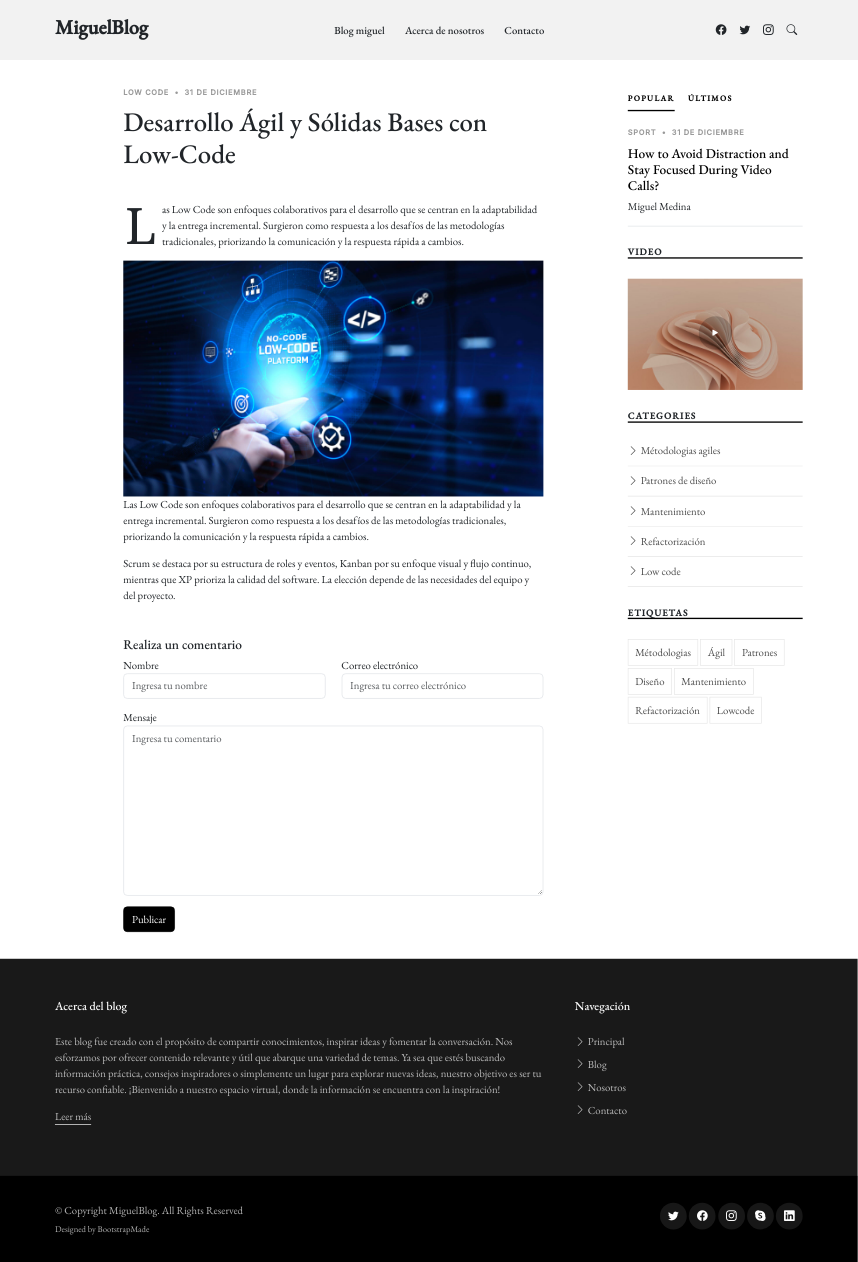
Repository: MiguelDev5/blog-miguel
Page: post-lc.html
These files come from the project's save history. The page is drawn as it stood at one moment and after the next save; the edit follows.
The browser window is 1280 px wide. The pictures show the whole page, at 67% of full size.
Some web fonts or font styles are not loaded; a fallback is used.

Above is the page before, as saved 2024-01-01 21:04:35.

### post-lc.html
<!DOCTYPE html>
<html lang="en">

<head>
  <meta charset="utf-8">
  <meta content="width=device-width, initial-scale=1.0" name="viewport">

  <title>MiguelBlog Bootstrap Template - Single Post</title>
  <meta content="" name="description">
  <meta content="" name="keywords">

  <!-- Favicons -->
  <link href="assets/img/favicon.png" rel="icon">
  <link href="assets/img/apple-touch-icon.png" rel="apple-touch-icon">

  <!-- Google Fonts -->
  <link rel="preconnect" href="https://fonts.googleapis.com">
  <link rel="preconnect" href="https://fonts.gstatic.com" crossorigin>
  <link href="https://fonts.googleapis.com/css2?family=EB+Garamond:wght@400;500&family=Inter:wght@400;500&family=Playfair+Display:ital,wght@0,400;0,700;1,400;1,700&display=swap" rel="stylesheet">

  <!-- Vendor CSS Files -->
  <link href="assets/vendor/bootstrap/css/bootstrap.min.css" rel="stylesheet">
  <link href="assets/vendor/bootstrap-icons/bootstrap-icons.css" rel="stylesheet">
  <link href="assets/vendor/swiper/swiper-bundle.min.css" rel="stylesheet">
  <link href="assets/vendor/glightbox/css/glightbox.min.css" rel="stylesheet">
  <link href="assets/vendor/aos/aos.css" rel="stylesheet">

  <!-- Template Main CSS Files -->
  <link href="assets/css/variables.css" rel="stylesheet">
  <link href="assets/css/main.css" rel="stylesheet">

  <!-- =======================================================
  * Template Name: MiguelBlog
  * Updated: Sep 18 2023 with Bootstrap v5.3.2
  * Template URL: https://bootstrapmade.com/miguelBlog-bootstrap-blog-template/
  * Author: BootstrapMade.com
  * License: https:///bootstrapmade.com/license/
  ======================================================== -->
</head>

<body>

  <!-- ======= Header ======= -->
  <header id="header" class="header d-flex align-items-center fixed-top">
    <div class="container-fluid container-xl d-flex align-items-center justify-content-between">

      <a href="index.html" class="logo d-flex align-items-center">
        <!-- Uncomment the line below if you also wish to use an image logo -->
        <!-- <img src="assets/img/logo.png" alt=""> -->
        <h1>MiguelBlog</h1>
      </a>

      <nav id="navbar" class="navbar">
        <ul>
          <li><a href="index.html">Blog miguel</a></li>
          <li><a href="about.html">Acerca de nosotros</a></li>
          <li><a href="contact.html">Contacto</a></li>
        </ul>
      </nav><!-- .navbar -->

      <div class="position-relative">
        <a href="#" class="mx-2"><span class="bi-facebook"></span></a>
        <a href="#" class="mx-2"><span class="bi-twitter"></span></a>
        <a href="#" class="mx-2"><span class="bi-instagram"></span></a>

        <a href="#" class="mx-2 js-search-open"><span class="bi-search"></span></a>
        <i class="bi bi-list mobile-nav-toggle"></i>

        <!-- ======= Search Form ======= -->
        <div class="search-form-wrap js-search-form-wrap">
          <form action="search-result.html" class="search-form">
            <span class="icon bi-search"></span>
            <input type="text" placeholder="Search" class="form-control">
            <button class="btn js-search-close"><span class="bi-x"></span></button>
          </form>
        </div><!-- End Search Form -->

      </div>

    </div>

  </header><!-- End Header -->

  <main id="main">

    <section class="single-post-content">
      <div class="container">
        <div class="row">
          <div class="col-md-9 post-content" data-aos="fade-up">

            <!-- ======= Single Post Content ======= -->
            <div class="single-post">
              <div class="post-meta"><span class="date">Low Code</span> <span class="mx-1">&bullet;</span> <span>31 de Diciembre</span></div>
              <h1 class="mb-5">Desarrollo Ágil y Sólidas Bases con Low-Code</h1>
              <p><span class="firstcharacter">L</span>as Low Code son enfoques colaborativos para el desarrollo que se centran en la adaptabilidad y la entrega incremental. Surgieron como respuesta a los desafíos de las metodologías tradicionales, priorizando la comunicación y la respuesta rápida a cambios.</p>
              <div class="col-md-9"></div>
                  <img src="assets/img/lc001.jpg" alt="" class="img-fluid" style="width: 200;">
              </div>

              <p>Las Low Code son enfoques colaborativos para el desarrollo que se centran en la adaptabilidad y la entrega incremental. Surgieron como respuesta a los desafíos de las metodologías tradicionales, priorizando la comunicación y la respuesta rápida a cambios.</p>
              <p>Scrum se destaca por su estructura de roles y eventos, Kanban por su enfoque visual y flujo continuo, mientras que XP prioriza la calidad del software. La elección depende de las necesidades del equipo y del proyecto.</p>

            <!-- ======= Comments Form ======= -->
            <div class="row justify-content-center mt-5">

              <div class="col-lg-12">
                <h5 class="comment-title">Realiza un comentario</h5>
                <div class="row">
                  <div class="col-lg-6 mb-3">
                    <label for="comment-name">Nombre</label>
                    <input type="text" class="form-control" id="comment-name" placeholder="Ingresa tu nombre">
                  </div>
                  <div class="col-lg-6 mb-3">
                    <label for="comment-email">Correo electrónico</label>
                    <input type="text" class="form-control" id="comment-email" placeholder="Ingresa tu correo electrónico">
                  </div>
                  <div class="col-12 mb-3">
                    <label for="comment-message">Mensaje</label>

                    <textarea class="form-control" id="comment-message" placeholder="Ingresa tu comentario" cols="30" rows="10"></textarea>
                  </div>
                  <div class="col-12">
                    <input type="submit" class="btn btn-primary" value="Publicar">
                  </div>
                </div>
              </div>
            </div><!-- End Comments Form -->

          </div>
          <div class="col-md-3">
            <!-- ======= Sidebar ======= -->
            <div class="aside-block">

              <ul class="nav nav-pills custom-tab-nav mb-4" id="pills-tab" role="tablist">
                <li class="nav-item" role="presentation">
                  <button class="nav-link active" id="pills-popular-tab" data-bs-toggle="pill" data-bs-target="#pills-popular" type="button" role="tab" aria-controls="pills-popular" aria-selected="true">Popular</button>
                </li>
                <li class="nav-item" role="presentation">
                  <button class="nav-link" id="pills-latest-tab" data-bs-toggle="pill" data-bs-target="#pills-latest" type="button" role="tab" aria-controls="pills-latest" aria-selected="false">Últimos</button>
                </li>
              </ul>

              <div class="tab-content" id="pills-tabContent">

                <!-- Popular -->
                <div class="tab-pane fade show active" id="pills-popular" role="tabpanel" aria-labelledby="pills-popular-tab">
                  <div class="post-entry-1 border-bottom">
                    <div class="post-meta"><span class="date">Sport</span> <span class="mx-1">&bullet;</span> <span>31 de Diciembre</span></div>
                    <h2 class="mb-2"><a href="#">How to Avoid Distraction and Stay Focused During Video Calls?</a></h2>
                    <span class="author mb-3 d-block">Miguel Medina</span>
                  </div>


                </div> <!-- End Popular -->



                <!-- Latest -->
                <div class="tab-pane fade" id="pills-latest" role="tabpanel" aria-labelledby="pills-latest-tab">
                  <div class="post-entry-1 border-bottom">
                    <div class="post-meta"><span class="date">Lifestyle</span> <span class="mx-1">&bullet;</span> <span>31 de Diciembre</span></div>
                    <h2 class="mb-2"><a href="#">Life Insurance And Pregnancy: A Working Mom’s Guide</a></h2>
                    <span class="author mb-3 d-block">Miguel Medina</span>
                  </div>



                </div> <!-- End Latest -->

              </div>
            </div>

            <div class="aside-block">
              <h3 class="aside-title">Video</h3>
              <div class="video-post">
                <a href="https://www.youtube.com/watch?v=AiFfDjmd0jU" class="glightbox link-video">
                  <span class="bi-play-fill"></span>
                  <img src="assets/img/post-landscape-5.jpg" alt="" class="img-fluid">
                </a>
              </div>
            </div><!-- End Video -->

            <div class="aside-block">
              <h3 class="aside-title">Categories</h3>
              <ul class="aside-links list-unstyled">
                <li><a href="category.html"><i class="bi bi-chevron-right"></i> Métodologias agiles</a></li>
                <li><a href="category.html"><i class="bi bi-chevron-right"></i> Patrones de diseño</a></li>
                <li><a href="category.html"><i class="bi bi-chevron-right"></i> Mantenimiento</a></li>
                <li><a href="category.html"><i class="bi bi-chevron-right"></i> Refactorización</a></li>
                <li><a href="category.html"><i class="bi bi-chevron-right"></i> Low code</a></li>
              </ul>
            </div><!-- End Categories -->

            <div class="aside-block">
              <h3 class="aside-title">Etiquetas</h3>
              <ul class="aside-tags list-unstyled">
                <li><a href="category.html">Métodologias</a></li>
                <li><a href="category.html">Ágil</a></li>
                <li><a href="category.html">Patrones</a></li>
                <li><a href="category.html">Diseño</a></li>
                <li><a href="category.html">Mantenimiento</a></li>
                <li><a href="category.html">Refactorización</a></li>
                <li><a href="category.html">Lowcode</a></li>
              </ul>
            </div><!-- End Tags -->

          </div>
        </div>
      </div>
    </section>
  </main><!-- End #main -->

  <!-- ======= Footer ======= -->
  <footer id="footer" class="footer">
    <div class="footer-content">
      <div class="container">
        <div class="row g-5">
          <div class="col-lg-8">
            <h3 class="footer-heading">Acerca del blog</h3>
            <p>Este blog fue creado con el propósito de compartir conocimientos, inspirar ideas y fomentar la conversación. Nos esforzamos por ofrecer contenido relevante y útil que abarque una variedad de temas. Ya sea que estés buscando información práctica, consejos inspiradores o simplemente un lugar para explorar nuevas ideas, nuestro objetivo es ser tu recurso confiable. ¡Bienvenido a nuestro espacio virtual, donde la información se encuentra con la inspiración!</p>
            <p><a href="about.html" class="footer-link-more">Leer más</a></p>
          </div>
          <div class="col-6 col-lg-2">
            <h3 class="footer-heading">Navegación</h3>
            <ul class="footer-links list-unstyled">
              <li><a href="index.html"><i class="bi bi-chevron-right"></i> Principal</a></li>
              <li><a href="index.html"><i class="bi bi-chevron-right"></i> Blog</a></li>
              <li><a href="about.html"><i class="bi bi-chevron-right"></i> Nosotros</a></li>
              <li><a href="contact.html"><i class="bi bi-chevron-right"></i> Contacto</a></li>
            </ul>
          </div>
        </div>
      </div>
    </div>

    <div class="footer-legal">
      <div class="container">

        <div class="row justify-content-between">
          <div class="col-md-6 text-center text-md-start mb-3 mb-md-0">
            <div class="copyright">
              © Copyright <strong><span>MiguelBlog</span></strong>. All Rights Reserved
            </div>

            <div class="credits">
              Designed by BootstrapMade
            </div>

          </div>

          <div class="col-md-6">
            <div class="social-links mb-3 mb-lg-0 text-center text-md-end">
              <a href="#" class="twitter"><i class="bi bi-twitter"></i></a>
              <a href="#" class="facebook"><i class="bi bi-facebook"></i></a>
              <a href="#" class="instagram"><i class="bi bi-instagram"></i></a>
              <a href="#" class="google-plus"><i class="bi bi-skype"></i></a>
              <a href="#" class="linkedin"><i class="bi bi-linkedin"></i></a>
            </div>

          </div>

        </div>

      </div>
    </div>
  </footer>

  <a href="#" class="scroll-top d-flex align-items-center justify-content-center"><i class="bi bi-arrow-up-short"></i></a>

  <!-- Vendor JS Files -->
  <script src="assets/vendor/bootstrap/js/bootstrap.bundle.min.js"></script>
  <script src="assets/vendor/swiper/swiper-bundle.min.js"></script>
  <script src="assets/vendor/glightbox/js/glightbox.min.js"></script>
  <script src="assets/vendor/aos/aos.js"></script>
  <script src="assets/vendor/php-email-form/validate.js"></script>

  <!-- Template Main JS File -->
  <script src="assets/js/main.js"></script>

</body>

</html>

### assets/css/variables.css
/**
* Template Name: ZenBlog
* File: variables.css
* Description: Easily customize colors, typography, and other repetitive properties used in the template main stylesheet file main.css
*
* Template URL: https://bootstrapmade.com/zenblog-bootstrap-blog-template/
* Author: BootstrapMade.com
* License: https://bootstrapmade.com/license/
*
* Contents:
* 1. ZenBlog template variables
* 2. Override default Bootstrap variables
* 3. Set color and background class names
*
* Learn more about CSS variables at https://developer.mozilla.org/en-US/docs/Web/CSS/Using_CSS_custom_properties
*/

/*--------------------------------------------------------------
# 1. ZenBlog template variables
--------------------------------------------------------------*/
:root {

  /* Fonts */
  --font-default: 'EB Garamond', system-ui, -apple-system, "Segoe UI", Roboto, "Helvetica Neue", Arial, "Noto Sans", "Liberation Sans", sans-serif, "Apple Color Emoji", "Segoe UI Emoji", "Segoe UI Symbol", "Noto Color Emoji";
  --font-primary: 'EB Garamond', serif; /*'Playfair Display', serif;*/
  --font-secondary: 'Inter', sans-serif;

  /* Colors */
  /* The *-rgb color names are simply the RGB converted value of the corresponding color for use in the rgba() function */

  /* Default text color */
  --color-default: #212529;
  --color-default-rgb: 33, 37, 41;

  /* Defult links color */
  --color-links: #212529;
  --color-links-hover: #15171a;

  /* Primay colors */
  --color-primary: #212529;
  --color-primary-light: #26282c;
  --color-primary-dark: #0b0c0e;

  --color-primary-rgb: 33, 37, 41;
  --color-primary-light-rgb: 38, 40, 44;
  --color-primary-dark-rgb: 11, 12, 14;

  /* Secondary colors */
  --color-secondary: #596d80;
  --color-secondary-light: #8498aa;
  --color-secondary-dark: #404f5c;

  --color-secondary-rgb: 89, 109, 128;
  --color-secondary-light-rgb: 132, 152, 170;
  --color-secondary-dark-rgb: 64, 79, 92;

  /* General colors */
  --color-blue: #0d6efd;
  --color-blue-rgb: 13, 110, 253;

  --color-indigo: #6610f2;
  --color-indigo-rgb: 102, 16, 242;

  --color-purple: #6f42c1;
  --color-purple-rgb: 111, 66, 193;

  --color-pink: #f3268c;
  --color-pink-rgb: 243, 38, 140;

  --color-red: #df1529;
  --color-red-rgb: 223, 21, 4;

  --color-orange: #fd7e14;
  --color-orange-rgb: 253, 126, 20;

  --color-yellow: #ffc107;
  --color-yellow-rgb: 255, 193, 7;

  --color-green: #059652;
  --color-green-rgb: 5, 150, 82;

  --color-teal: #20c997;
  --color-teal-rgb: 32, 201, 151;

  --color-cyan: #0dcaf0;
  --color-cyan-rgb: 13, 202, 240;

  --color-white: #ffffff;
  --color-white-rgb: 255, 255, 255;

  --color-gray: #6c757d;
  --color-gray-rgb: 108, 117, 125;

  --color-black: #000000;
  --color-black-rgb: 0, 0, 0;
}

/*--------------------------------------------------------------
# 2. Override default Bootstrap variables
--------------------------------------------------------------*/
:root {
  --bs-blue: var(--color-blue);
  --bs-indigo: var(--color-indigo);
  --bs-purple: var(--color-purple);
  --bs-pink: var(--color-pink);
  --bs-red: var(--color-red);
  --bs-orange: var(--color-orange);
  --bs-yellow: var(--color-yellow);
  --bs-green: var(--color-green);
  --bs-teal: var(--color-teal);
  --bs-cyan: var(--color-cyan);
  --bs-white: var(--color-white);
  --bs-gray: var(--color-gray);
  --bs-gray-dark: #343a40;
  --bs-gray-100: #f8f9fa;
  --bs-gray-200: #e9ecef;
  --bs-gray-300: #dee2e6;
  --bs-gray-400: #ced4da;
  --bs-gray-500: #adb5bd;
  --bs-gray-600: #6c757d;
  --bs-gray-700: #495057;
  --bs-gray-800: #343a40;
  --bs-gray-900: #212529;
  --bs-primary: var(--color-blue);
  --bs-secondary: var(--color-blue);
  --bs-success: #198754;
  --bs-info: #0dcaf0;
  --bs-warning: #ffc107;
  --bs-danger: #dc3545;
  --bs-light: #f8f9fa;
  --bs-dark: #212529;
  --bs-primary-rgb: var(--color-primary-rgb);
  --bs-secondary-rgb: var(--color-secondary-rgb);
  --bs-success-rgb: 25, 135, 84;
  --bs-info-rgb: 13, 202, 240;
  --bs-warning-rgb: 255, 193, 7;
  --bs-danger-rgb: 220, 53, 69;
  --bs-light-rgb: 248, 249, 250;
  --bs-dark-rgb: 33, 37, 41;
  --bs-white-rgb: var(--color-white-rgb);
  --bs-black-rgb: var(--color-black-rgb);
  --bs-body-color-rgb: var(--color-default-rgb);
  --bs-body-bg-rgb: 255, 255, 255;
  --bs-font-sans-serif: var(--font-default);
  --bs-font-monospace: SFMono-Regular, Menlo, Monaco, Consolas, "Liberation Mono", "Courier New", monospace;
  --bs-gradient: linear-gradient(180deg, rgba(255, 255, 255, 0.15), rgba(255, 255, 255, 0));
  --bs-body-font-family: var(--font-default);
  --bs-body-font-size: 1rem;
  --bs-body-font-weight: 400;
  --bs-body-line-height: 1.5;
  --bs-body-color: var(--color-default);
  --bs-body-bg: #fff;
}

/*--------------------------------------------------------------
# 3. Set color and background class names
--------------------------------------------------------------*/
/* Fonts */
.font-default { font-family: var(--font-default) !important; }
.font-primary { font-family: var(--font-primary) !important;}
.font-secondary { font-family: var(--font-secondary) !important; }

/* Text Colors */
.color-default { color: var(--color-default) !important; }
.color-links { color: var(--color-links) !important; }
.color-links:hover { color: var(--color-links-hover) !important; }
.color-primary { color: var(--color-primary) !important; }
.color-primary-light { color: var(--color-primary-light) !important; }
.color-primary-dark { color: var(--color-primary-dark) !important; }
.color-secondary { color: var(--color-secondary) !important; }
.color-secondary-light { color: var(--color-secondary-light) !important; }
.color-secondary-dark { color: var(--color-secondary-dark) !important; }
.color-blue { color: var(--color-blue) !important; }
.color-indigo { color: var(--color-indigo) !important; }
.color-purple { color: var(--color-purple) !important; }
.color-pink { color: var(--color-pink) !important; }
.color-red { color: var(--color-red) !important; }
.color-orange { color: var(--color-orange) !important; }
.color-yellow { color: var(--color-yellow) !important; }
.color-green { color: var(--color-green) !important; }
.color-teal { color: var(--color-teal) !important; }
.color-cyan { color: var(--color-cyan) !important; }
.color-white { color: var(--color-white) !important; }
.color-gray { color: var(--color-gray) !important; }
.color-black { color: var(--color-black) !important; }

/* Background Colors */
.bg-default { background-color: var(--color-default) !important; }
.bg-primary { background-color: var(--color-primary) !important; }
.bg-primary-light { background-color: var(--color-primary-light) !important; }
.bg-primary-dark { background-color: var(--color-primary-dark) !important; }
.bg-secondary { background-color: var(--color-secondary) !important; }
.bg-secondary-light { background-color: var(--color-secondary-light) !important; }
.bg-secondary-dark { background-color: var(--color-secondary-dark) !important; }
.bg-blue { background-color: var(--color-blue) !important; }
.bg-indigo { background-color: var(--color-indigo) !important; }
.bg-purple { background-color: var(--color-purple) !important; }
.bg-pink { background-color: var(--color-pink) !important; }
.bg-red { background-color: var(--color-red) !important; }
.bg-orange { background-color: var(--color-orange) !important; }
.bg-yellow { background-color: var(--color-yellow) !important; }
.bg-green { background-color: var(--color-green) !important; }
.bg-teal { background-color: var(--color-teal) !important; }
.bg-cyan { background-color: var(--color-cyan) !important; }
.bg-white { background-color: var(--color-white) !important; }
.bg-gray { background-color: var(--color-gray) !important; }
.bg-black { background-color: var(--color-black) !important; }

Loaded but not shown: assets/vendor/bootstrap/css/bootstrap.min.css (library); assets/vendor/bootstrap-icons/bootstrap-icons.css (library); assets/vendor/swiper/swiper-bundle.min.css (library); assets/vendor/glightbox/css/glightbox.min.css (library); assets/vendor/aos/aos.css (library); assets/vendor/bootstrap/js/bootstrap.bundle.min.js (library); assets/vendor/swiper/swiper-bundle.min.js (library); assets/vendor/glightbox/js/glightbox.min.js (library); assets/vendor/aos/aos.js (library); assets/vendor/php-email-form/validate.js (common file); assets/js/main.js (154 lines, source omitted); assets/css/main.css (1300 lines, source omitted)

After the next save:
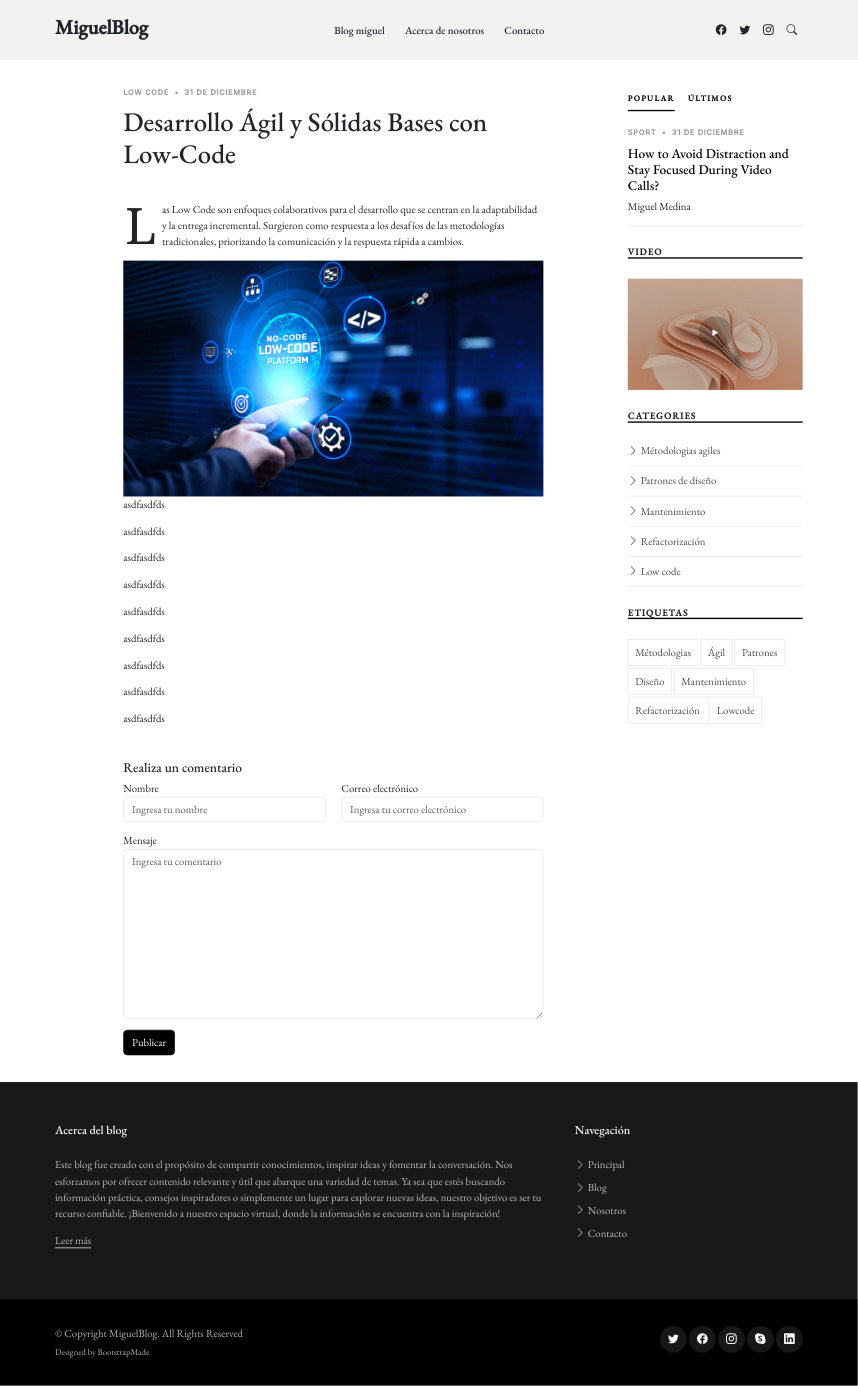
Saved 45 s later.
--- a/post-lc.html
+++ b/post-lc.html
@@ -97,8 +97,15 @@
                   <img src="assets/img/lc001.jpg" alt="" class="img-fluid" style="width: 200;">
               </div>
 
-              <p>Las Low Code son enfoques colaborativos para el desarrollo que se centran en la adaptabilidad y la entrega incremental. Surgieron como respuesta a los desafíos de las metodologías tradicionales, priorizando la comunicación y la respuesta rápida a cambios.</p>
-              <p>Scrum se destaca por su estructura de roles y eventos, Kanban por su enfoque visual y flujo continuo, mientras que XP prioriza la calidad del software. La elección depende de las necesidades del equipo y del proyecto.</p>
+              <p>asdfasdfds</p>
+              <p>asdfasdfds</p>
+              <p>asdfasdfds</p>
+              <p>asdfasdfds</p>
+              <p>asdfasdfds</p>
+              <p>asdfasdfds</p>
+              <p>asdfasdfds</p>
+              <p>asdfasdfds</p>
+              <p>asdfasdfds</p>
 
             <!-- ======= Comments Form ======= -->
             <div class="row justify-content-center mt-5">
